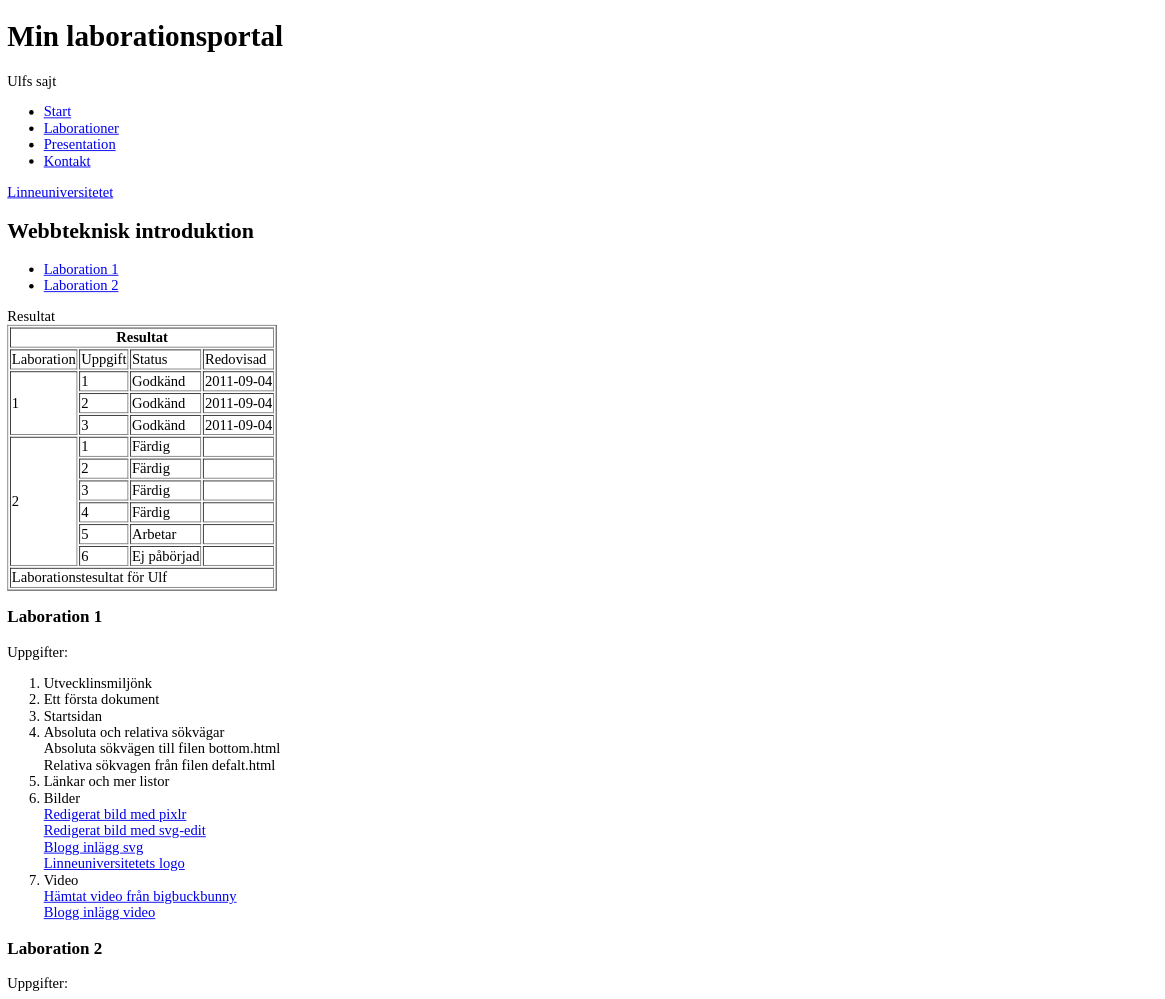
Repository: ulfek/laborationer
Page: pages/laborationer.html
The author's editor kept a record of every edit. The page is drawn from the files as they stood at one moment, then again after the next edit.
The browser window is 1280 px wide. The pictures show the whole page, at 91% of full size.

Above is the page before.

### pages/laborationer.html
<!doctype html>
    <head>
        <meta charset="utf-8" />
        <title>Laborationer</title>
    </head>
    <body>
        <h1>Min laborationsportal</h1>
        <p>Ulfs sajt</p>
        <ul>
            <li><a href="../index.html">Start</a></li>
            <li><a href="#">Laborationer</a></li>
            <li><a href="presentation.html">Presentation</a></li>
            <li><a href="kontakt.html">Kontakt</a></li>
        </ul>
        <a href="laborationer.html#linneuniversitetet">Linneuniversitetet</a>
        <h2>Webbteknisk introduktion</h2>
        <ul>
            <li><a href="#lab1">Laboration 1</a></li>
            <li><a href= "#lab2">Laboration 2</a></li>
        </ul>

        <table border=1>Resultat
            <thead><tr><th colspan=4>Resultat</th></tr></thead>
            <tfoot><tr><td colspan=4>Laborationstesultat för Ulf</td></tr></tfoot>
            <tbody>
                <tr><td>Laboration</td><td>Uppgift</td><td>Status</td><td>Redovisad</td></tr>
                <tr><td rowspan=3>1</td><td>1</td><td>Godkänd</td><td>2011-09-04</td></tr>
                <tr><td>2</td><td>Godkänd</td><td>2011-09-04</td></tr>
                <tr><td>3</td><td>Godkänd</td><td>2011-09-04</td></tr>
                <tr><td rowspan=6>2</td><td>1</td><td>Färdig</td><td></td></tr>
                <tr><td>2</td><td>Färdig</td><td></td></tr>
                <tr><td>3</td><td>Färdig</td><td></td></tr>
                <tr><td>4</td><td>Färdig</td><td></td></tr>
                <tr><td>5</td><td>Arbetar</td><td></td></tr>
                <tr><td>6</td><td>Ej påbörjad</td><td></td></tr>
            </tbody>
        </table>

        <h3 id="lab1">Laboration 1</h3>
        Uppgifter:
        <ol>
            <li>Utvecklinsmiljönk</li>
            <li>Ett första dokument</li>
            <li>Startsidan</li>
            <li>Absoluta och relativa sökvägar</li>
                <div>Absoluta sökvägen till filen bottom.html</div>
                <div>Relativa sökvagen från filen defalt.html</div>
            <li>Länkar och mer listor</li>
            <li>Bilder</li>
            <div><a href="http://pixlr.com>">Redigerat bild med pixlr</a></div>
            <div><a href="http://svg-edit.googlecode.com/svn/trunk/editor/svg-editor.html">Redigerat bild med svg-edit</a></div>
            <div><a href="../index.html#svg">Blogg inlägg svg</a></div>
            <a href="../pics/logo_linneuniversitetet_test.png">Linneuniversitetets logo</a>
            <li>Video</li>
            <a href="http://www.bigbuckbunny.org">Hämtat video från bigbuckbunny</a>
            <div><a href="../index.html#video">Blogg inlägg video</a></div>
        </ol>

        <h3 id="lab2">Laboration 2</h3>
        Uppgifter:
    </body>
</html>

After the next edit:
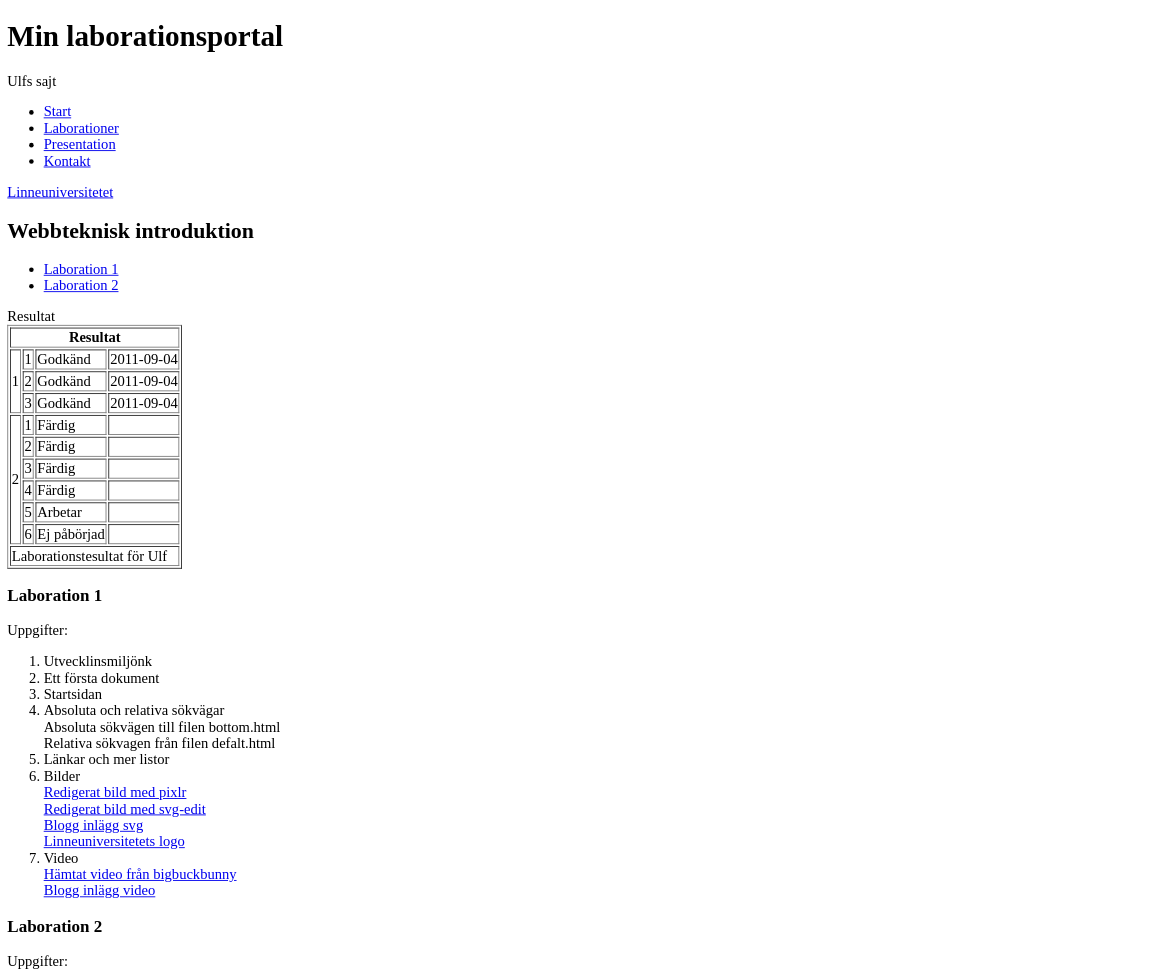
The edit:
--- a/pages/laborationer.html
+++ b/pages/laborationer.html
@@ -23,7 +23,7 @@
             <thead><tr><th colspan=4>Resultat</th></tr></thead>
             <tfoot><tr><td colspan=4>Laborationstesultat för Ulf</td></tr></tfoot>
             <tbody>
-                <tr><td>Laboration</td><td>Uppgift</td><td>Status</td><td>Redovisad</td></tr>
+
                 <tr><td rowspan=3>1</td><td>1</td><td>Godkänd</td><td>2011-09-04</td></tr>
                 <tr><td>2</td><td>Godkänd</td><td>2011-09-04</td></tr>
                 <tr><td>3</td><td>Godkänd</td><td>2011-09-04</td></tr>
